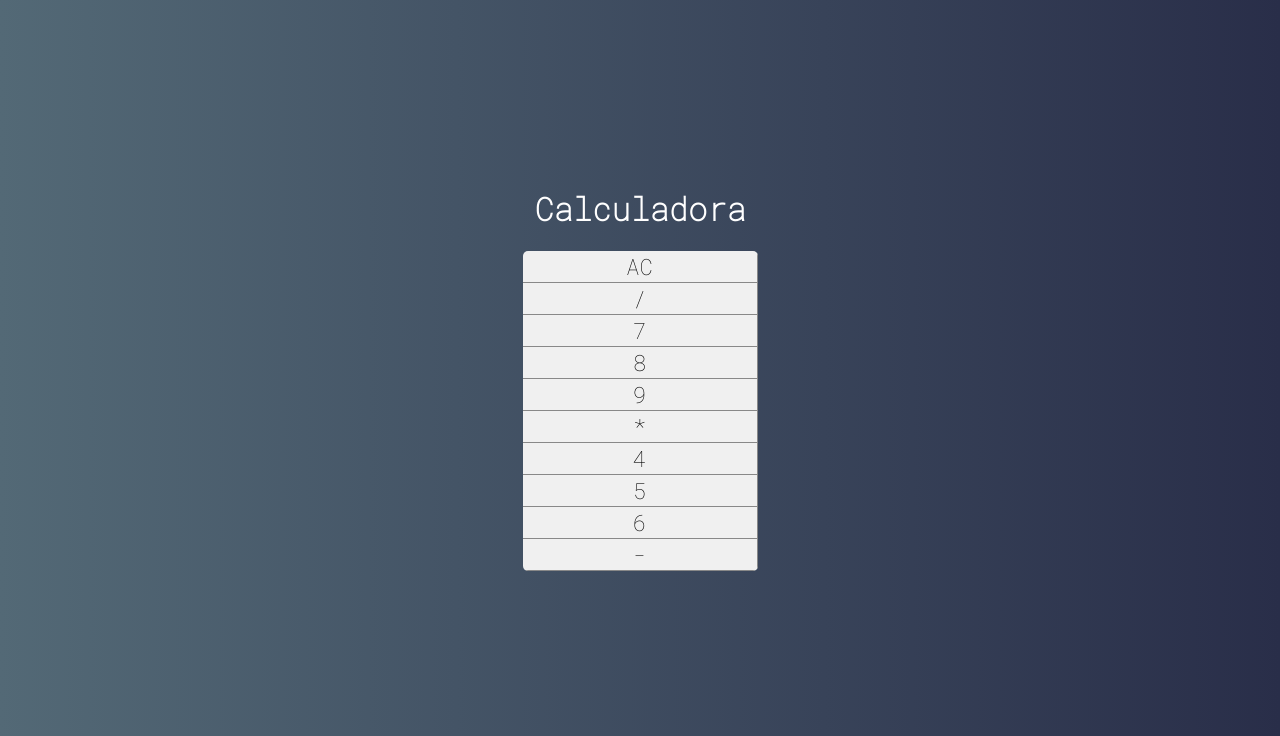
Repository: jean-siqueira/react-calculadora
Page: /
An editor plug-in stored every save of this project. The page is shown before and after the next save, followed by the edit.
The browser window is 1280 px wide. The pictures show the whole page.
The project was rebuilt for these pictures with package versions that can differ from the ones it lists, and the page was loaded fresh each time.

Above is the page before, as saved 2023-03-25 12:23:11.

### src/index.js
import React from "react";
import ReactDOM from "react-dom/client";
import "./index.css";
import Calculator from "./main/Calculator";
import reportWebVitals from "./reportWebVitals";

const root = ReactDOM.createRoot(document.getElementById("root"));
root.render(
  <React.StrictMode>
    <div>
      <h1>Calculadora</h1>
      <Calculator />
    </div>
  </React.StrictMode>
);

// If you want to start measuring performance in your app, pass a function
// to log results (for example: reportWebVitals(console.log))
// or send to an analytics endpoint. Learn more: https://bit.ly/CRA-vitals
reportWebVitals();

### src/index.css
@font-face {
  font-family: 'RobotoMono';
  src: url('./fonts/RobotoMono-Thin.ttf');
}

* {
  font-family: 'RobotoMono', monospace;
}

body {
  display: flex;
  height: 100vh;
  justify-content: center;
  align-items: center;
  text-align: center;
  color: #fff;
  background: linear-gradient(to right, rgb(83, 105, 118), rgb(41, 46, 73));
}

### src/main/Calculator.jsx
import React, {Component} from "react";
import './Calculator.css'
import Button from "../components/Button";

export default class Calculator extends Component {

    render() {
        return (
            <div className="calculator">
                <Button label="AC"/>
                <Button label="/"/>
                <Button label="7"/>
                <Button label="8"/>
                <Button label="9"/>
                <Button label="*"/>
                <Button label="4"/>
                <Button label="5"/>
                <Button label="6"/>
                <Button label="-"/>
                <Button label="1"/>
                <Button label="2"/>
                <Button label="3"/>
                <Button label="+"/>
                <Button label="0"/>
                <Button label="."/>
                <Button label="="/>
            </div>
        )
    }

}

### src/main/Calculator.css
.calculator {
    height: 320px;
    width: 235px;
    border-radius: 5px;
    overflow: hidden;

    display: grid;
}

### src/components/Button.jsx
import React from "react";
import './Button.css'

export default props =>
    <button className="button">{props.label}</button>

### src/components/Button.css
:root {
    --bg-button: #f0f0f0;
    --border-button: solid 1px #888
}

.button {
    font-size: 1.4em;
    background-color: var(--bg-button);
    border: none;
    border-right: var(--border-button);
    border-bottom: var(--border-button);
    outline: none;
}

Loaded but not shown: public/index.html (common file); src/reportWebVitals.js (common file)

After the next save:
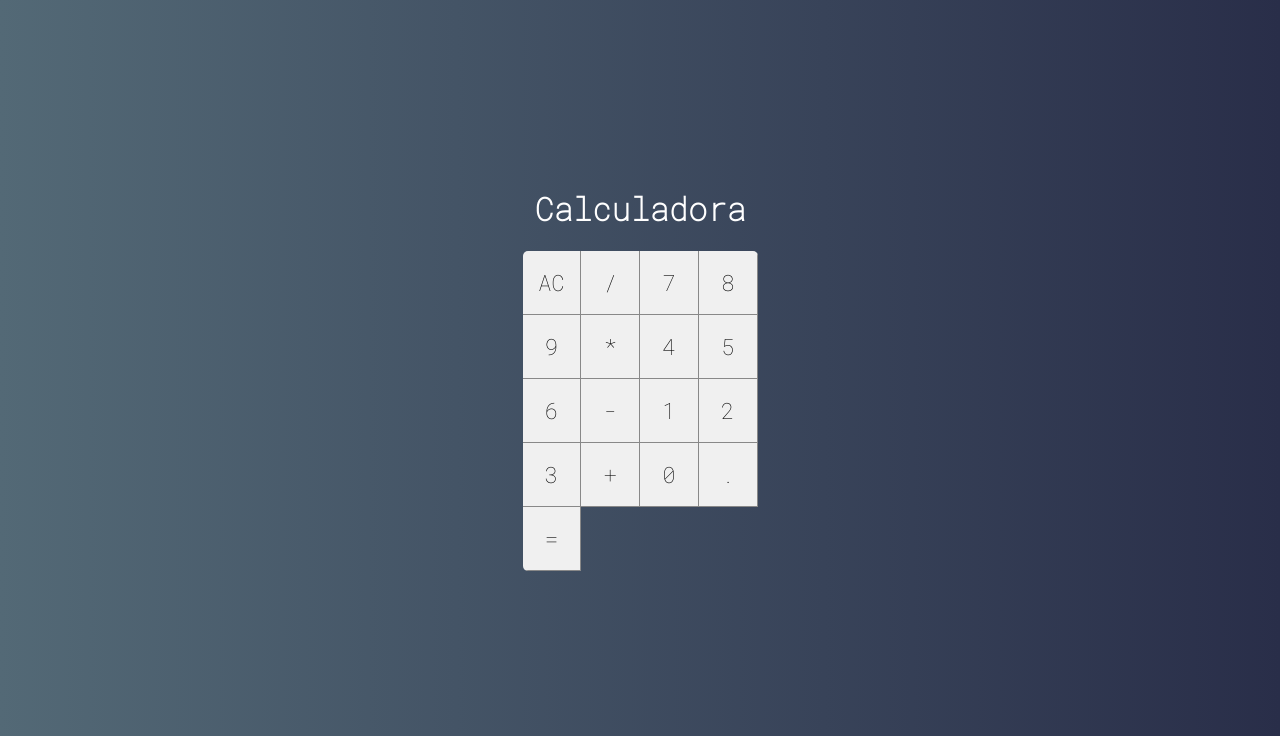
Saved 38 s later.
--- a/src/main/Calculator.css
+++ b/src/main/Calculator.css
@@ -5,4 +5,5 @@
     overflow: hidden;
 
     display: grid;
+    grid-template-columns: repeat(4, 25%);
 }
